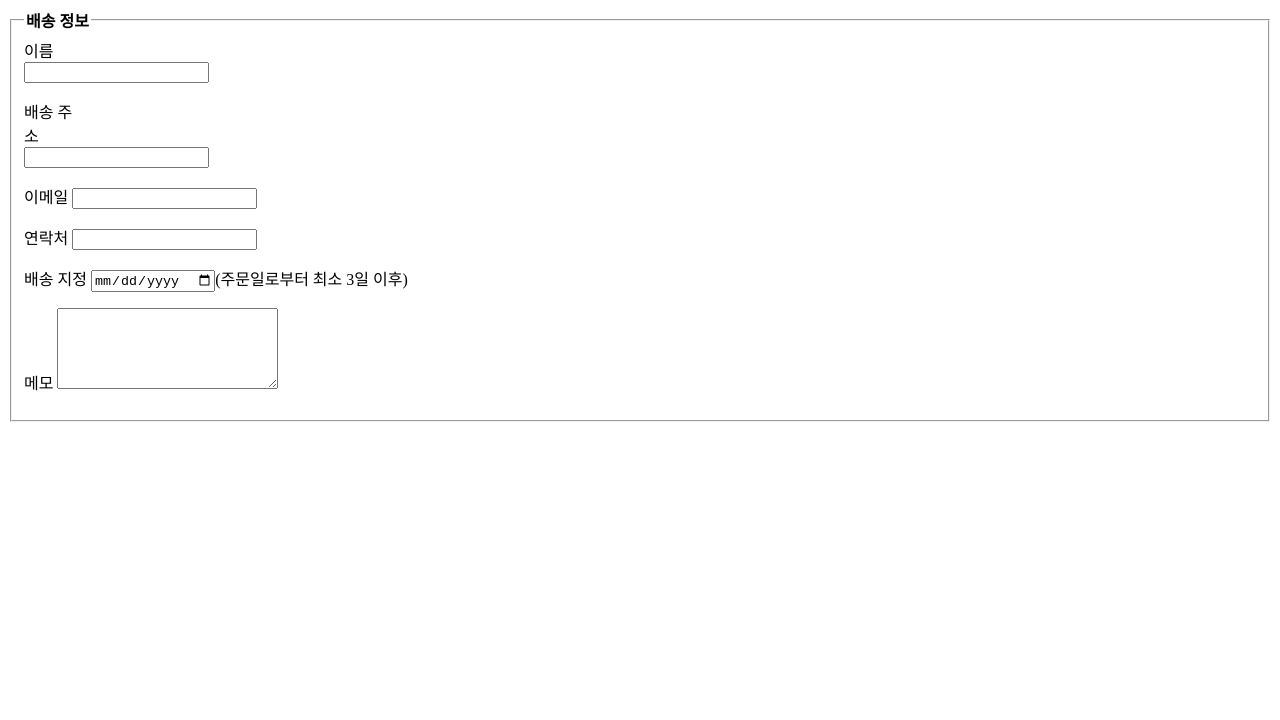
Repository: Kebiskim/2023_WebStudy
Page: 01_01_html/src/main/webapp/day04/Ex04_Form2.html
The author's editor kept a copy of each file at every save. The page is drawn from the files as they stood at one save, then again after the next save.
The browser window is 1280 px wide. The pictures show the whole page.

Above is the page before, as saved 2023-06-22 03:52:54.

### 01_01_html/src/main/webapp/day04/Ex04_Form2.html
<!DOCTYPE html>
<html>
<head>
<meta charset="UTF-8">
<title>Frontend</title>
<style type="text/css">
	h1{
		color:lightblue;
	}
	div{
		width:50px;
	}
	h3{
    font-size: 20px;
    text-align: center;
    padding: 10px 0;
    margin-top: 20px;
}
.row_wrap {
    width: 400px;
    margin: 0 auto;
}
.row {
    display: flex;
    padding: 10px 0;
}

.txtfield.big{
	height: 150px;
}
.title_content.big{
	height: 150px;
}
.title_content{
    display: flex;
    align-items: center;
    width: 100px;
    height: 40px;
    font-weight: bold;
}
.txtfield{
		flex: 1;
    background-color: white;
    width: 300px;
    height: 38px;
    font-size: 13px;
    padding: 10px;
    box-sizing: border-box;

}
</style>
</head>
<body>
 	<fieldset>
 		<legend><b>배송 정보</b></legend>
 		<!-- <label for="id"> input과 label을 연결하는 역할을 한다. -->
 		<div><label for="name">이름 </label><input type="text" name="name" id="name"></div>
 		<div><p><label for="address">배송 주소 </label><input type="text" name="address" id="address"></p></div>
 		<p><label for="email">이메일 </label><input type="text" name="email" id="email"></p>
 		<p><label for="phone">연락처 </label><input type="text" name="phone" id="phone"></p>
	 	<p>배송 지정 <input type="date" name="date">(주문일로부터 최소 3일 이후)</p>
 		<label for="phone">메모 </label><textarea rows="5" cols="25"></textarea><p>
 	</fieldset>

</body>
</html>

After the next save:
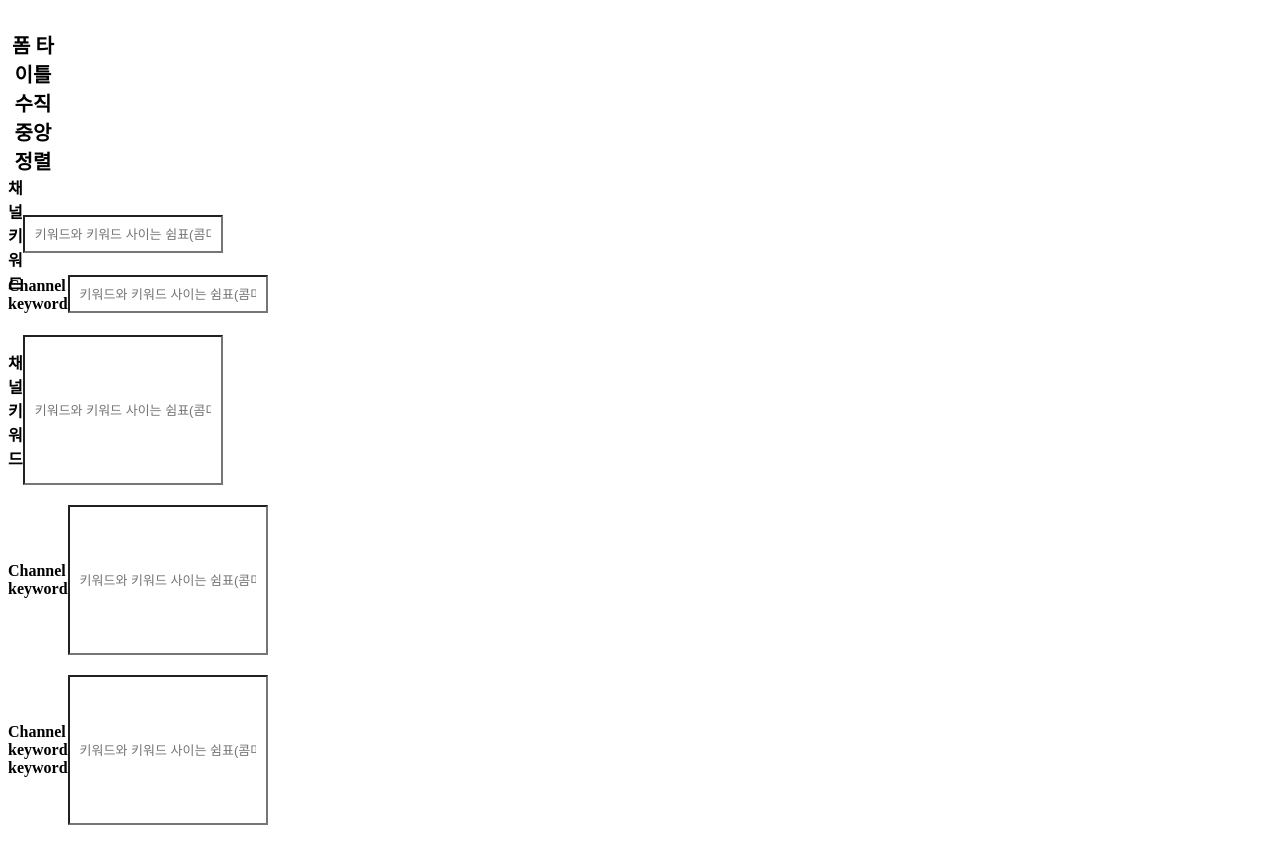
Saved 12 s later.
--- a/01_01_html/src/main/webapp/day04/Ex04_Form2.html
+++ b/01_01_html/src/main/webapp/day04/Ex04_Form2.html
@@ -51,16 +51,30 @@
 </style>
 </head>
 <body>
- 	<fieldset>
- 		<legend><b>배송 정보</b></legend>
- 		<!-- <label for="id"> input과 label을 연결하는 역할을 한다. -->
- 		<div><label for="name">이름 </label><input type="text" name="name" id="name"></div>
- 		<div><p><label for="address">배송 주소 </label><input type="text" name="address" id="address"></p></div>
- 		<p><label for="email">이메일 </label><input type="text" name="email" id="email"></p>
- 		<p><label for="phone">연락처 </label><input type="text" name="phone" id="phone"></p>
-	 	<p>배송 지정 <input type="date" name="date">(주문일로부터 최소 3일 이후)</p>
- 		<label for="phone">메모 </label><textarea rows="5" cols="25"></textarea><p>
- 	</fieldset>
-
+ 	<div class="ui_box">
+	<h3>폼 타이틀 수직 중앙정렬</h3>
+	<div class="row_wrap">
+		<div class="row">
+			<span class="title_content">채널 키워드</span>
+			<input class="txtfield" type="text" name="search" placeholder="키워드와 키워드 사이는 쉼표(콤마)로 구분해주세요.">
+		</div>
+		<div class="row">
+			<span class="title_content">Channel keyword</span>
+			<input class="txtfield" type="text" name="search" placeholder="키워드와 키워드 사이는 쉼표(콤마)로 구분해주세요.">
+		</div>
+		<div class="row">
+			<span class="title_content big">채널 키워드</span>
+			<input class="txtfield big" type="text" name="search" placeholder="키워드와 키워드 사이는 쉼표(콤마)로 구분해주세요.">
+		</div>
+		<div class="row">
+			<span class="title_content big">Channel keyword </span>
+			<input class="txtfield big" type="text" name="search" placeholder="키워드와 키워드 사이는 쉼표(콤마)로 구분해주세요.">
+		</div>
+		<div class="row">
+			<span class="title_content big">Channel keyword keyword</span>
+			<input class="txtfield big" type="text" name="search" placeholder="키워드와 키워드 사이는 쉼표(콤마)로 구분해주세요.">
+		</div>
+	</div>
+</div>
 </body>
 </html>
